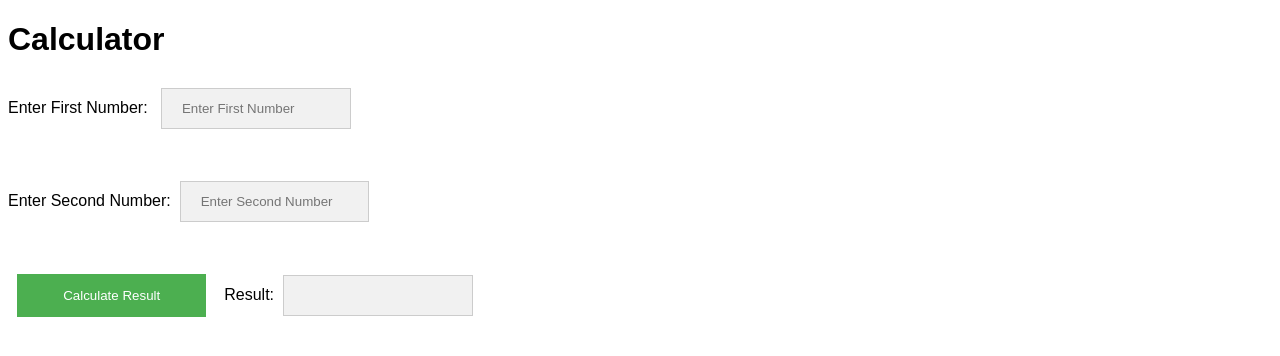
Repository: DeepaliKalagate/PowerCalculatorAPI
Page: PowerFunctionCalculator/src/main/resources/PowerFunction.html
The author's editor kept a copy of each file at every save. The page is drawn from the files as they stood at one save, then again after the next save.
The browser window is 1280 px wide. The pictures show the whole page.

Above is the page before, as saved 2020-02-09 05:30:09.

### PowerFunctionCalculator/src/main/resources/PowerFunction.html
<!DOCTYPE html>
<html lang="en">
<head>
    <meta charset="UTF-8">
    <script src="https://ajax.googleapis.com/ajax/libs/jquery/3.3.1/jquery.min.js"></script>

      <style>
body {font-family: Arial, Helvetica, sans-serif;}

/* Full-width input fields */
input[type=text], input[type=text],input[type=text]
{
  width: 15%;
  padding: 12px 20px;
  margin: 8px 0;
  display: inline-block;
  border: 1px solid #ccc;
  box-sizing: border-box;
  background: #f1f1f1;

}

/* Set a style for button */
button {
  background-color: #4CAF50;
  color: white;
  padding: 14px 20px;
  margin: 8px 0;
  border: none;
  cursor: pointer;
  width: 15%;
}

button:hover {
  opacity: 0.8;
}
<title> Calculator</title>
</style>

    <title>Calculator</title>


</head>
<body>
<form method="post">

        <h1>Calculator</h1>
        Enter First Number: &nbsp;&nbsp;<input type="text" id="baseId" placeholder="Enter First Number" name="first" required><br><br><br>
        Enter Second Number:&nbsp;&nbsp;<input type="text" id="exponentId" placeholder="Enter Second Number" name="second" required><br><br><br>
        &nbsp;&nbsp;<button type="submit">Calculate Result</button> &nbsp;&nbsp;
        Result:&nbsp;&nbsp;<input type="text" id="result">
</form>


  <script>
$(document).ready(function(){
  $("#submit").click(function(){


    var result=document.getElementById("result").value
console.log(result)
 var baseid=document.getElementById("baseId").value
 var exponentid=document.getElementById("exponentId").value


url="http:localhost:8080/calculator/calculate"
data=JSON.stringify({
"baseValue":baseid,
"exponentValue":exponentid})


$.ajax({
  url:url,
  type:"POST",
  data:data,
  contentType:"application/json; charset=utf-8",
  dataType:"json",
  success: function(data){


document.getElementById("result").value=data;
  }
})

  });
});

</script>
</body>
</html>

After the next save:
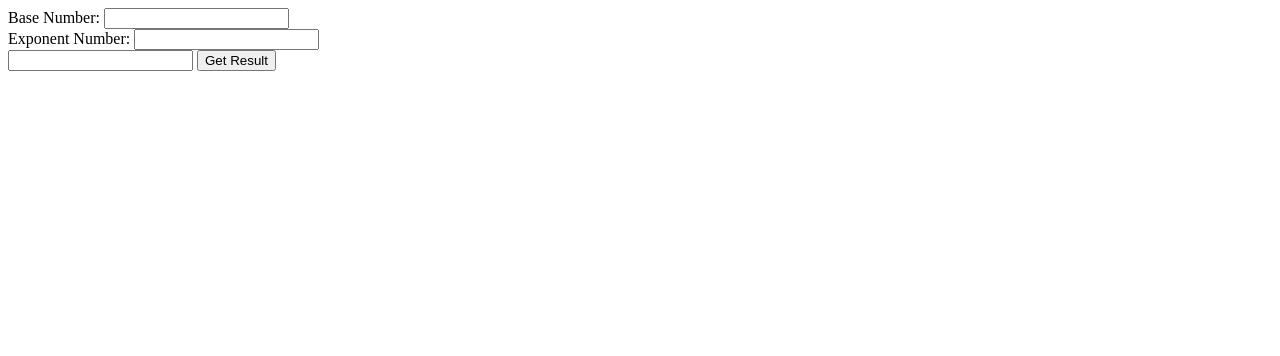
Saved 93 s later.
--- a/PowerFunctionCalculator/src/main/resources/PowerFunction.html
+++ b/PowerFunctionCalculator/src/main/resources/PowerFunction.html
@@ -1,58 +1,19 @@
-<!DOCTYPE html>
-<html lang="en">
+<html>
 <head>
-    <meta charset="UTF-8">
-    <script src="https://ajax.googleapis.com/ajax/libs/jquery/3.3.1/jquery.min.js"></script>
 
-      <style>
-body {font-family: Arial, Helvetica, sans-serif;}
+<script src="https://ajax.googleapis.com/ajax/libs/jquery/3.3.1/jquery.min.js"></script>
+</head>
+<body>
 
-/* Full-width input fields */
-input[type=text], input[type=text],input[type=text]
-{
-  width: 15%;
-  padding: 12px 20px;
-  margin: 8px 0;
-  display: inline-block;
-  border: 1px solid #ccc;
-  box-sizing: border-box;
-  background: #f1f1f1;
+Base Number:      <input type="text" id="baseId" name="base"><br>
 
-}
+Exponent Number:  <input type="text" id="exponentId" name="exponent"><br>
+<input type="text" id="result" name="result">
 
-/* Set a style for button */
-button {
-  background-color: #4CAF50;
-  color: white;
-  padding: 14px 20px;
-  margin: 8px 0;
-  border: none;
-  cursor: pointer;
-  width: 15%;
-}
-
-button:hover {
-  opacity: 0.8;
-}
-<title> Calculator</title>
-</style>
-
-    <title>Calculator</title>
+<input type="submit" id="submit" value="Get Result">
 
 
-</head>
-<body>
-<form method="post">
-
-        <h1>Calculator</h1>
-        Enter First Number: &nbsp;&nbsp;<input type="text" id="baseId" placeholder="Enter First Number" name="first" required><br><br><br>
-        Enter Second Number:&nbsp;&nbsp;<input type="text" id="exponentId" placeholder="Enter Second Number" name="second" required><br><br><br>
-        &nbsp;&nbsp;<button type="submit">Calculate Result</button> &nbsp;&nbsp;
-        Result:&nbsp;&nbsp;<input type="text" id="result">
-</form>
-
-
-  <script>
+<script>
 $(document).ready(function(){
   $("#submit").click(function(){
 
@@ -86,5 +47,10 @@ document.getElementById("result").value=data;
 });
 
 </script>
+
+
+
+
+
 </body>
 </html>
